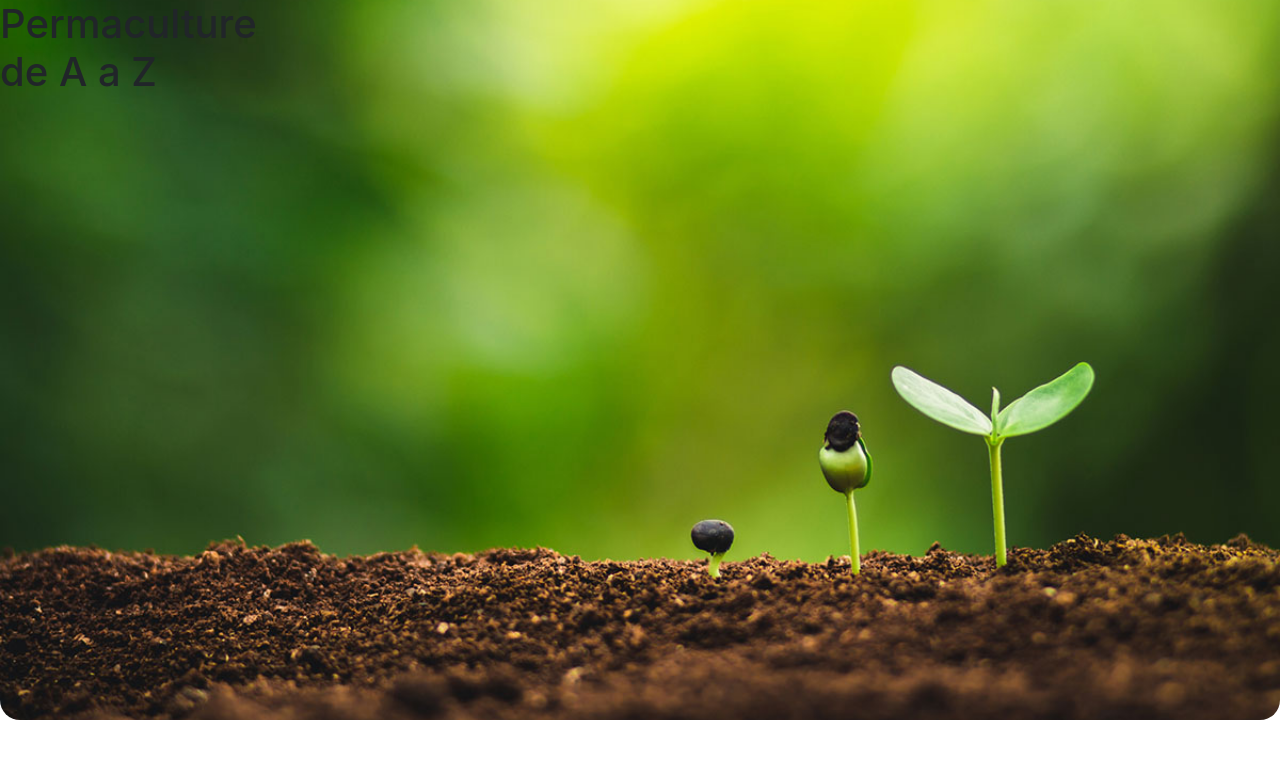
Repository: ahthionkevin/permaculture
Page: index.html
These files come from the project's save history. The page is drawn as it stood at one moment and after the next save; the edit follows.
The browser window is 1280 px wide. The pictures show the whole page.

Above is the page before, as saved 2021-07-06 21:16:39.

After the next save:
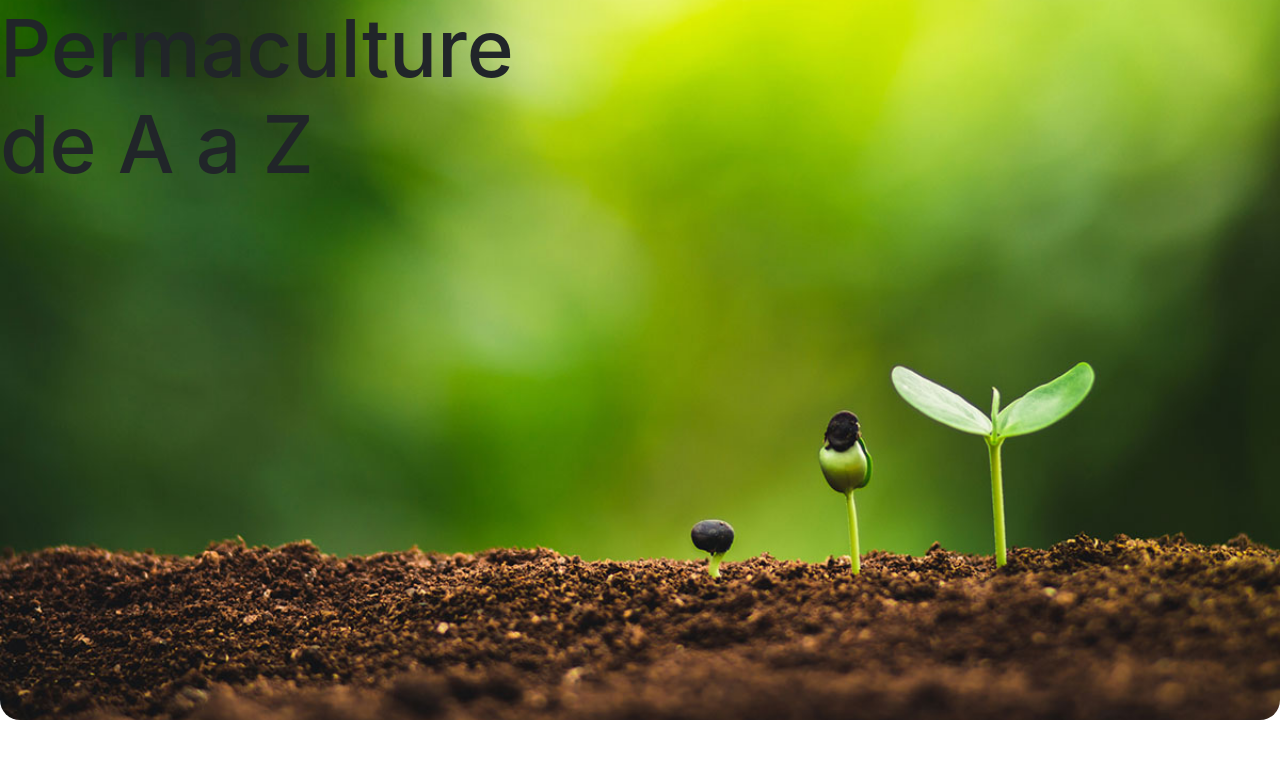
Saved 33 s later.
--- a/style.css
+++ b/style.css
@@ -13,3 +13,7 @@ header{
     border-radius: 0 0 20px 20px;
     margin-bottom: 40px;
 }
+
+h1{
+    font-size: 5rem;
+}
